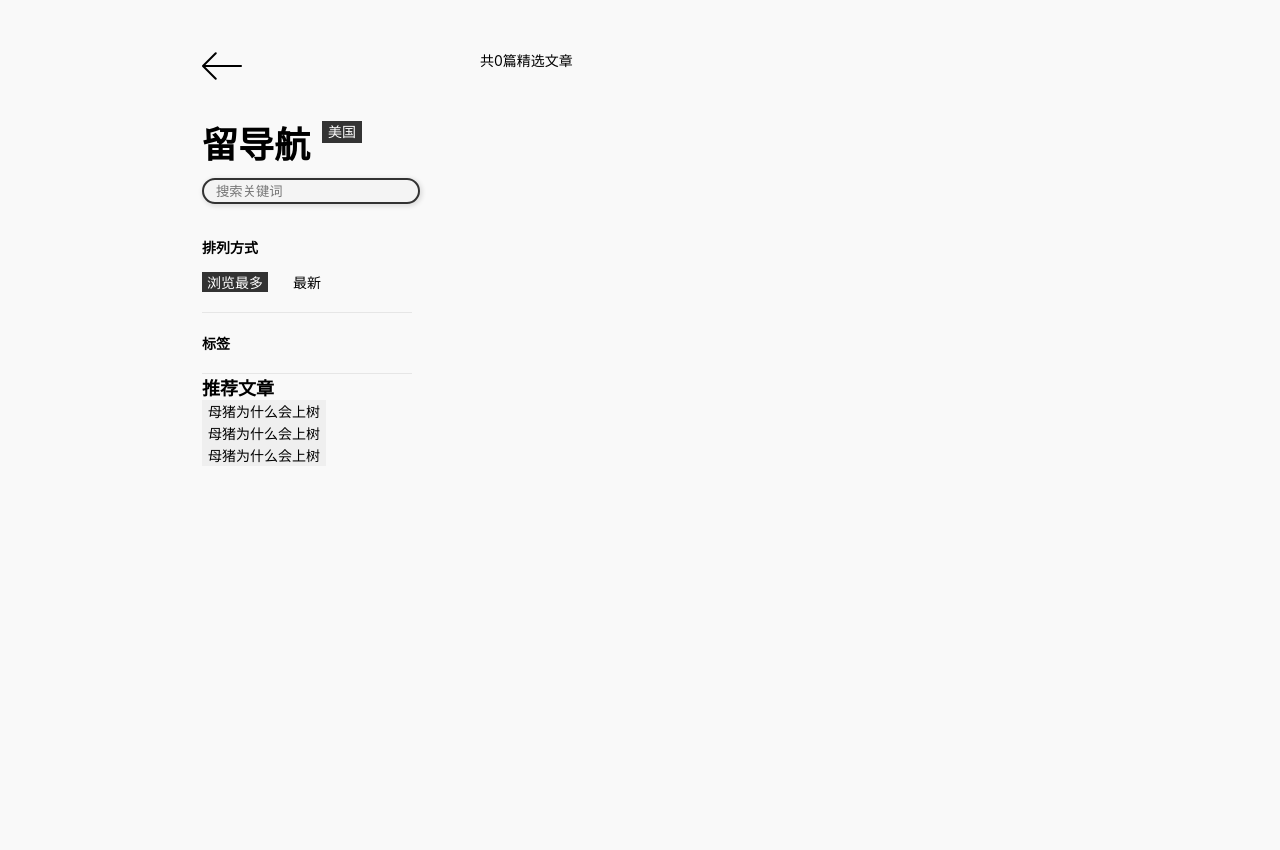
Repository: Apiyaaaa/guidefront
Page: /search
An editor plug-in stored every save of this project. The page is shown before and after a run of saves, followed by the edit.
The browser window is 1280 px wide. The pictures show the whole page.
The page's requests for data from a server got no answer. The project was rebuilt for these pictures with package versions that can differ from the ones it lists, and the page was loaded fresh each time. No one was signed in, and anything a server would have sent is missing. Also part of the build but not shown: src/pages/Home/Home.module.css, src/pages/Home/Home.js, src/components/ArticleCard/ArticleCard.module.css, src/components/ArticleCard/ArticleCard.jsx, src/pages/Article/Article.module.css, src/pages/Article/Article.js.

Above is the page before, as saved 2022-10-02 16:20:06.

### public/index.html
<!DOCTYPE html>
<html lang="en">
  <head>
    <meta charset="utf-8" />
    <link rel="icon" href="%PUBLIC_URL%/favicon.ico" />
    <meta name="viewport" content="width=device-width, initial-scale=1" />
    <meta name="theme-color" content="#000000" />
    <meta
      name="description"
      content="Web site created using create-react-app"
    />
    <!-- <link rel="apple-touch-icon" href="%PUBLIC_URL%/logo192.png" /> -->
    <!--
      manifest.json provides metadata used when your web app is installed on a
      user's mobile device or desktop. See https://developers.google.com/web/fundamentals/web-app-manifest/
    -->
    <!-- <link rel="manifest" href="%PUBLIC_URL%/manifest.json" /> -->

    <title>留导航</title>
  </head>
  <body>
    <noscript>You need to enable JavaScript to run this app.</noscript>
    <div id="root">
    </div>
  </body>
</html>

### src/App.js
import React from "react";
import { Routes, Route } from "react-router-dom";

import "./App.css";
import Home from "./pages/Home/Home";
import Search from './pages/Search/Search'
import Article from "./pages/Article/Article";


function App() {
  return (
    <div className="App">
        <Routes>
          <Route path="/" element={<Home />}></Route>
          <Route path="/search" element={<Search/>}></Route>
          <Route path="/article/:article_id" element={<Article/>}></Route>
        </Routes>
    </div>
  );
}

export default App;

### src/App.css


body {
  margin: 0;
  font-family: -apple-system, BlinkMacSystemFont, "Segoe UI", "Roboto", "Oxygen",
    "Ubuntu", "Cantarell", "Fira Sans", "Droid Sans", "Helvetica Neue",
    sans-serif;
  -webkit-font-smoothing: antialiased;
  -moz-osx-font-smoothing: grayscale;
  background-color: #f9f9f9;

}

.mainContent {
  width: 960px;
  margin: 0 auto;
  max-height: 100%;
  position: relative;
}


code {
  font-family: source-code-pro, Menlo, Monaco, Consolas, "Courier New",
    monospace;
}

### src/pages/Search/Search.js
import { useEffect, useState } from "react";
import axios from "axios";
import { useSearchParams } from "react-router-dom";
import styles from "./Search.module.css";
import SearchPanel from "../../components/SearchPanel/SearchPanel";
import ArticleCard from "../../components/ArticleCard/ArticleCard";

function Search() {
  const [data, setData] = useState([]); //布局使用的文章数据
  const [origData, setOrigData] = useState([]); //未排序的数据
  const [totalResults, setTotalResults] = useState(0); //匹配文章数
  const [col1, setCol1] = useState([]); //布局第一列
  const [col2, setCol2] = useState([]); //布局第二列

  //接收search传参
  const [search, setSearch] = useSearchParams();
  let param;
  if (search.get("word")) {
    param = search.get("word");
  } else {
    param = "";
  }
  const recommends = [
    { article_id: 1, title: "母猪为什么会上树" },
    { article_id: 2, title: "母猪为什么会上树" },
    { article_id: 3, title: "母猪为什么会上树" },
  ];
  // 初始时，通过search传参加载页面
  const getArticle = (word) => {
    console.log("search params: ", word);

    axios({
      method: "GET",
      url: "api/api/search",
      params: {
        word: word,
      },
    }).then((res) => {
      console.log("res", res);
      if (res.data) {
        const resData = res.data.data;
        console.log("data: ", resData);

        if (resData.length === 0) {
          setData([
            {
              article_id: "0",
              title: `暂时没有相关内容 :(`,
              summary: "欢迎联系我们，提供反馈",
              tags: "暂无",
              update_time: "",
              country: "国家",
              views: "0",
            },
          ]);
        } else {
          const sortedJson = sortByViews(resData);
          setOrigData(sortedJson);
          setData(sortedJson);
        }
      } else {
        setData([
          {
            article_id: "0",
            title: "暂时没有相关搜索内容",
            summary: "联系我们",
            tags: [],
            update_time: Date.now(),
            country: "国家",
            views: "0",
          },
        ]);
      }
    });
  };

  //根据浏览量排序一个数组
  const sortByViews = (arr) => {
    const newArr = arr
      .slice()
      .sort((a, b) => (a.views * 1 < b.views * 1 ? 1 : -1));
    return newArr;
  };

  //加载组件时搜索url带来的关键字
  useEffect(() => {
    getArticle(param);
  }, []);

  //data更新时刷新总匹配数
  useEffect(() => {
    setTotalResults(data.length);
  }, [data]);

  //data更新时更新col1，col2排版
  useEffect(() => {
    const arr = splitArray(data);
    setCol1(arr[0]);
    setCol2(arr[1]);
  }, [data]);

  // 奇偶分离array，用作卡片排版
  const splitArray = (arr) => {
    const oddOnes = [],
      evenOnes = [];
    for (let i = 0; i < arr.length; i++)
      (i % 2 === 0 ? evenOnes : oddOnes).push(arr[i]);
    return [evenOnes, oddOnes];
  };

  return (
    <div className="mainContent">
      <div className={styles.main}>
        {/* 左侧功能栏 */}
        <SearchPanel
          data={data}
          setData={setData}
          origData={origData}
          getArticle={getArticle}
          setOrigData={setOrigData}
          recommends={recommends}
        />

        {/* 右侧文章卡片区域 */}
        <div className={styles.displayPanel}>
          <div className={styles.totalResults}>共{totalResults}篇精选文章</div>
          <div className={styles.cardContainer}>
            {/* 使用props传参给文章卡片组件，col1col2排版 */}
            <div key={col1} className={styles.col1}>
              {col1.map((item) => {
                return <ArticleCard key={item.article_id} item={item} />;
              })}
            </div>

            <div className={styles.col2}>
              {col2.map((item) => {
                return <ArticleCard key={item.article_id} item={item} />;
              })}
            </div>
          </div>
        </div>
      </div>
    </div>
  );
}

export default Search;

### src/pages/Search/Search.module.css
.mainContent {
  width: 960px;
  margin: 0 auto;
  background-color: #f9f9f9;
}

.main {
  display: flex;
  flex-direction: row;
  margin-top: 46px;
  background-color: #f9f9f9;

}

/* 右侧卡片区域 */
.displayPanel {
  position:relative;
  margin-left: 320px;
  margin-top: 4px;
  width: 630px;
  max-height: calc(100vh - 46px);
  min-height:800px;

}
.totalResults {
  font-size: 14px;
  margin-bottom: 20px;
}
.cardContainer {
  display: flex;
  flex-direction: row;
  align-items:flex-start;
}

.col2{
  margin-top: 30px;


}







.ad{
  margin-top: 33px;
}

### src/components/SearchPanel/SearchPanel.jsx
import { useEffect, useState } from 'react'
import { useSearchParams, useNavigate } from "react-router-dom";
import { nanoid } from 'nanoid';
import styles from './SearchPanel.module.css'
import axios from 'axios';
import RecommendCard from '../RecommendCard/RecommendCard';



export default function SearchPanel(props) {
    const { data, setData, origData, getArticle, recommends } = props; //布局使用的文章数据，未排序的数据
    const navigate = useNavigate();

    const [area, setArea] = useState("美国");//未来需要接收area参数
    const [selectedTags, setSelectedTags] = useState([]);//被选择的标签们
    const [mostViewsClicked, setMostviewsClicked] = useState(true); //浏览最多排序状态
    const [newestClicked, setNewestClicked] = useState(false); //最新排序状态
    const [tags, setTags] = useState([]); //最新排序状态




    //搜索框
    //左侧搜索框查找（无按钮）
    const [search, setSearch] = useSearchParams();
    const searchChanged = () => {
        const word = document.getElementById("search").value;
        //更改search参数，同步搜索框url
        setTimeout(() => { setSearch(`word=${word}`); getArticle(word) }, 1000);
    };


    //排序
    //根据浏览量排序一个数组
    const sortByViews = (arr) => {
        const newArr = arr.slice().sort((a, b) => (a.views * 1 < b.views * 1 ? 1 : -1));
        return newArr;

    }
    //“浏览最多”点击事件
    const mostViews = () => {
        if (!mostViewsClicked) {
            const newData = sortByViews(data);
            setData(newData);
            console.log("以浏览量排列", newData);
            setMostviewsClicked(true);
            setNewestClicked(false);
        }

    }
    //根据时间排序一个数组
    const sortByNewest = (arr) => {
        const newArr = arr.slice().sort((a, b) => a.update_time < b.update_time ? 1 : -1);
        return newArr;
    }
    //“最新”点击事件
    const newest = () => {
        if (!newestClicked) {
            const newData = sortByNewest(data);
            setData(newData);
            console.log("以最新排列", newData);
            setNewestClicked(true);
            setMostviewsClicked(false);
        }
    };



    //筛选
    //标签筛选事件,设置已筛选标签
    const sortByTag = (tag) => {

        //判断tag是否已被选择，并更新State数列（已选择标签）
        if (selectedTags.includes(tag)) {
            const newSelectedTags = [...selectedTags.filter((t) => t !== tag)];
            setSelectedTags(newSelectedTags);
            console.log(`减去标签：${tag},当前标签：${newSelectedTags}`);

        } else {
            const newSelectedTags = [tag, ...selectedTags];
            setSelectedTags(newSelectedTags);
            console.log(`增加标签：${tag},当前标签：${newSelectedTags}`);

        }
    };
    //辅助函数-判断t标签是否已被选择
    const inSelectedTags = (t) => { return selectedTags.includes(t) };

    //筛选事件执行函数-监听selectedTags
    const filterDataByTags = () => {

        //无筛选条件时，根据排序方式还原展示data为原始数据
        if (selectedTags.length === 0) {
            if (mostViewsClicked) {
                setData(origData);
            } else {
                setData(sortByNewest(origData));
            }

        }
        else {
            //根据标签筛选展示data中的文章
            let result = origData.filter((article) => {
                const tagArr = article.tags.split('/');
                let matchCount = 0;

                for (let i = 0; i < tagArr.length; i++) {
                    if (inSelectedTags(tagArr[i])) {
                        matchCount+=1;
                    }
                }
                return matchCount === selectedTags.length;
            });

            //更新时，保证排列方式不变
            if (newestClicked) {
                result = sortByNewest(result);
            }
            const newData = [...result];
            setData(newData);

        }

    }

    //筛选更新时，重新筛选
    useEffect(() => {
        filterDataByTags();
    }, [selectedTags])

    useEffect(() => {
        //获取标签
        axios.get('api/api/get_tags').then(
            (res) => {
                //console.log('TAGS',res)
                if (res.data) {
                    let tags = res.data.data;
                    tags = tags.sort((a,b)=>a.tag_name.length - b.tag_name.length)
                    setTags(tags);
                }
            }
        )

    }, [])


    return (
        <div className={styles.searchPanel}>
            {/* 左侧功能栏 */}

            <div className={styles.backIcon} onClick={() => navigate(-1)}></div>
            <div className={styles.header}>
                <div className={styles.resulTitle} onClick={() => navigate("/")}>留导航</div>
                <div className={styles.country}>{area}</div>
            </div>

            {/* 搜索框 */}
            <div>
                <input
                    className={styles.inputWindow}
                    id="search"
                    placeholder="搜索关键词"
                    onChange={() => searchChanged()}
                ></input>
            </div>

            {/* 排列方式 */}
            <div>
                <div className={styles.leftTitle}>排列方式</div>
                <div className={styles.sortMethod}>
                    <button
                        className={`${mostViewsClicked ? styles.active : ''} ${styles.tag}`}
                        onClick={() => mostViews()}>浏览最多</button>
                    <button
                        className={`${newestClicked ? styles.active : ''} ${styles.tag}`}
                        onClick={() => newest()}>最新</button>
                </div>
            </div>

            {/* 标签筛选 */}
            <div>
                <div className={styles.leftTitle}>标签</div>
                <div className={styles.tags}>
                    {tags.map((item) => (
                        <button key={nanoid()}
                            className={`${selectedTags.includes(item.tag_name) ? styles.active : ""} ${styles.tag}`}
                            onClick={() => sortByTag(item.tag_name)}
                        >
                            {item.tag_name}
                        </button>
                    ))}
                </div>
            </div>
            {/*Todo差个广告component*/}
            <div className={styles.ad}><RecommendCard recommends={recommends}></RecommendCard></div>
        </div>
    )
}

### src/components/SearchPanel/SearchPanel.module.css
.searchPanel {
    position:fixed;
    margin-left: 42px;
    width: 210px;
  }

  .backIcon{
    display: block;
    width: 210px;
    height: 40px;
    margin-bottom: 30px;
    background: url(../../images/back_icon.svg) no-repeat ;
    background-position: top 0vw left 0vw;
    background-size: 40px;
    cursor: pointer;
  }
  .header {
    display: flex;
    flex-direction: row;
  }
  .resulTitle {
    font-size: 36px;
    font-weight: bold;
    cursor: pointer;
  }
  .country {
    box-sizing: border-box;
    width: 40px;
    height: 22px;
    margin-left: 12px;
    margin-top: 5px;
    background-color: #343434;
    font-size: 14px;
    text-align: center;
    line-height: 22px;
    color: #ffffff;
  }
  .inputWindow {
    width: 210px;
    height: 20px;
    margin-top: 10px;
    margin-bottom: 13px;
    border-radius: 20px;
    background-color: #f4f4f4;
    border: 2px solid #333333;
    box-shadow: 1.33333px 1.33333px 4px 1.33333px rgba(0, 0, 0, 0.1);
    text-indent: 10px;
  }
  .inputWindow:focus{
    outline: none;
    border: 2px dashed #333333;
    transition: 0.6s;
  }
  .inputWindow:focus::placeholder {
    color: transparent;
    transition: all 0.8s;
  }

  /* 功能栏 */
  .leftTitle {
    font-size: 14px;
    font-weight: bold;
    margin-top: 20px;
  }
  .sortMethod {
    padding-bottom: 20px;
    border-bottom: 1px solid #e6e6e6;

  }
  .tags {
    padding-bottom: 20px;
    border-bottom: 1px solid #e6e6e6;
  }

  .tag {
    border: 0;
    background-color: transparent;
    outline: none;
    font-size: 14px;
    padding: 0 5px;
    margin-right: 20px;
    margin-top: 15px;
    margin-left: 0;
  }
  .tag:hover {
    background-color: #343434;
    color: #ffffff;
    cursor: pointer;
    transition: all 0.6s;
  }
  .active {
    background-color: #333333;
    color: #ffffff;
  }

### src/components/RecommendCard/RecommendCard.jsx
import { ListItemSecondaryAction } from "@mui/material";
import { useEffect, useState } from "react";
import styles from './RecommendCard.module.css'
import { useNavigate } from "react-router-dom";
export default function RecommendCard(props) {
  const { recommends } = props;
  const navigate = useNavigate();
  const toArticle = (article_id) => {
    navigate(`/article/${article_id}`);
    console.log("跳转到文章页-id: ", article_id);
  };
  console.log(recommends)
  return (
    <div className={styles.recommendCard}>
      推荐文章
      <div className={styles.recommendItems}>
        {recommends.map((item) => (
          <button className={styles.recommendItem} onClick={() => toArticle(item.article_id)}>{item.title}</button>
        ))}
      </div>
    </div>
  );
}

### src/components/RecommendCard/RecommendCard.module.css
.recommendCard {
  font-size: 18px;
  font-weight: bold;
}
.recommendItems {
}
.recommendItem {
  font-size: 14px;
  overflow: hidden;
  text-overflow: ellipsis;
  white-space: nowrap;
}
button {
  margin: none;
  padding: none;
  border: none;
  outline: none;
}

Loaded but not shown: src/index.js (common file)

After the next 4 saves:
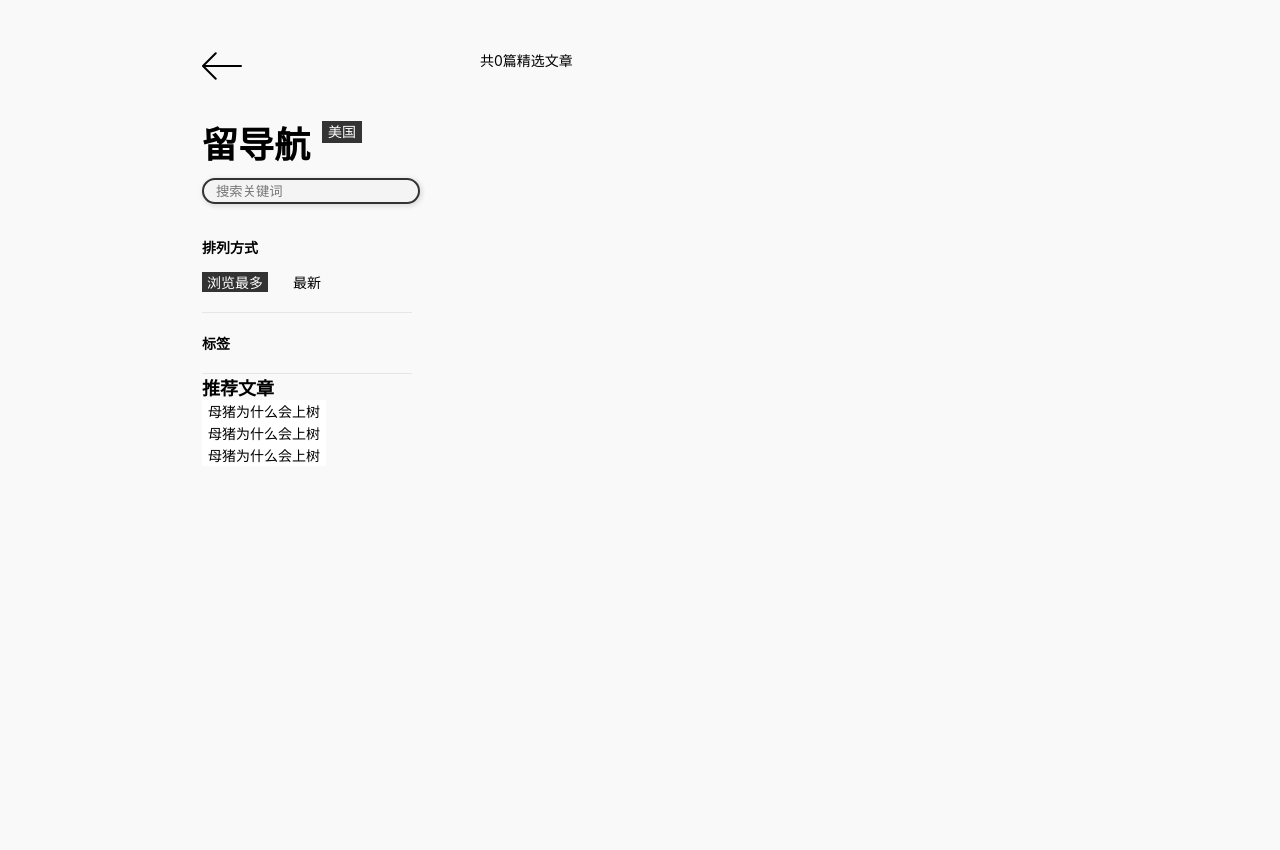
The 4 saves are shown as one change because they came seconds apart.
The last was saved 42 s later.
--- a/src/components/RecommendCard/RecommendCard.module.css
+++ b/src/components/RecommendCard/RecommendCard.module.css
@@ -15,4 +15,5 @@
   padding: none;
   border: none;
   outline: none;
+  background-color: #fff;
 }

After the 2 saves that followed:
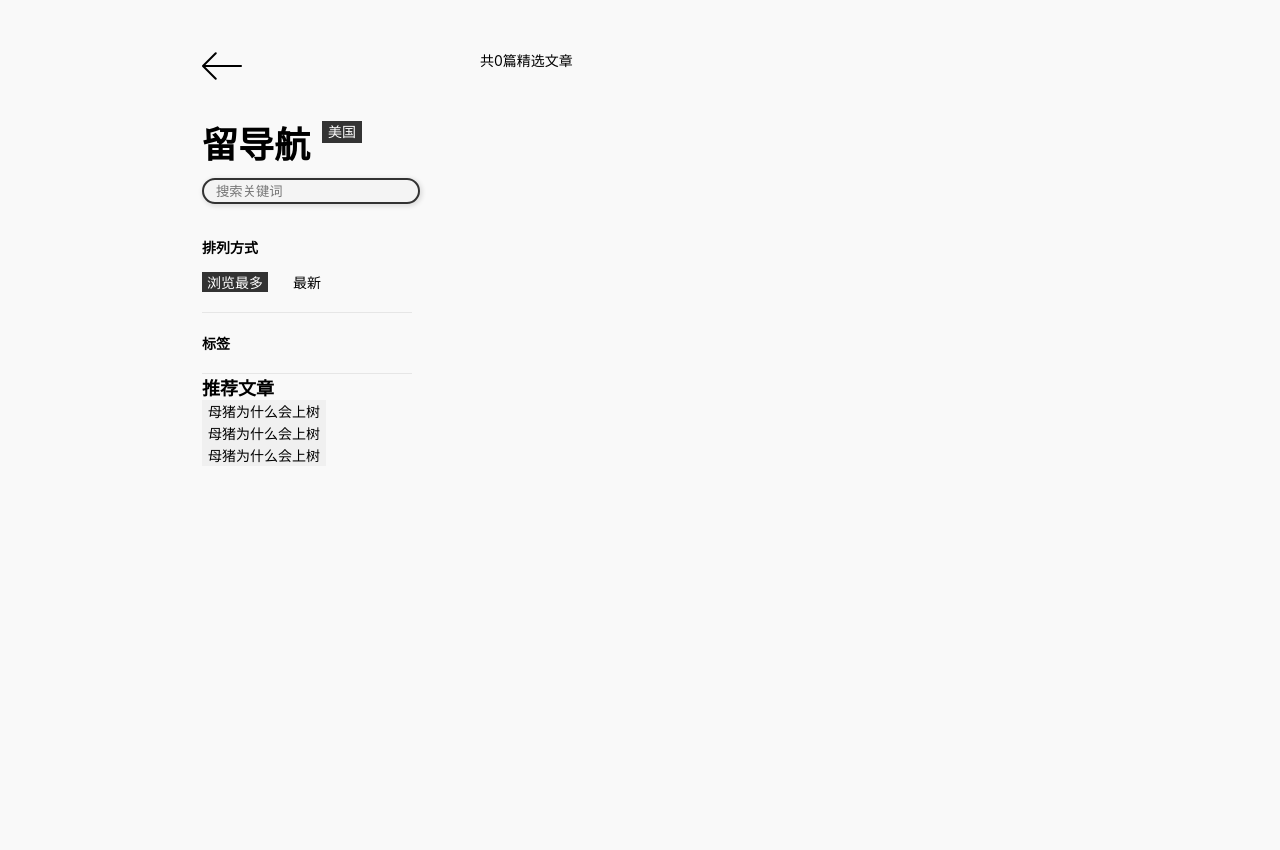
The 2 saves are shown as one change because they came seconds apart.
The last was saved 7 s later.
--- a/src/components/RecommendCard/RecommendCard.module.css
+++ b/src/components/RecommendCard/RecommendCard.module.css
@@ -15,5 +15,5 @@
   padding: none;
   border: none;
   outline: none;
-  background-color: #fff;
+  background-color: #f0f0f0;
 }
